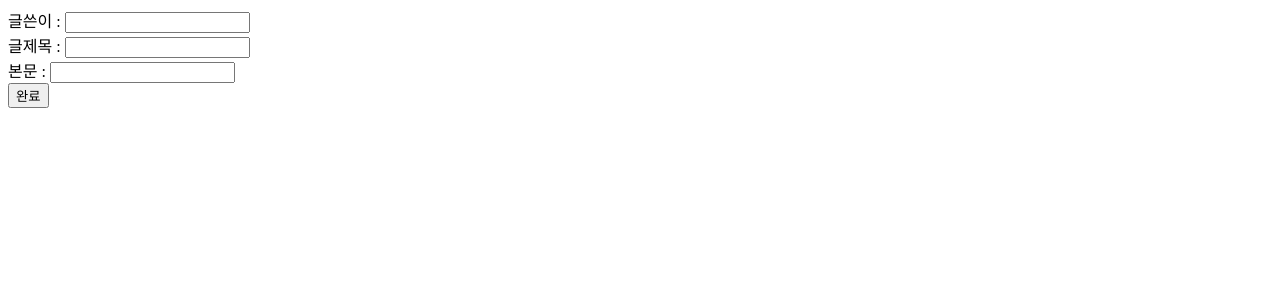
Repository: HeeMang28/jsp2
Page: http://localhost/MyFirstWeb/board/boardInsertForm.jsp
The author's editor kept a copy of each file at every save. The page is drawn from the files as they stood at one save, then again after the next save.
The browser window is 1280 px wide. The pictures show the whole page.
The page is served by Tomcat 9. Other server files are loaded and not shown.

Above is the page before, as saved 2022-04-19 10:20:58.

### MyFirstWeb/src/main/webapp/board/boardInsertForm.jsp
<%@ page language="java" contentType="text/html; charset=UTF-8"
    pageEncoding="UTF-8"%>
<!DOCTYPE html>
<html>
<head>
<meta charset="UTF-8">
<title>Insert title here</title>
</head>
<body>
	<form action="http://localhost:8080/MyFirstWeb/boardInsert" method="post">
	글쓴이 : <input type="text" name="writer"/> <br/>
	글제목 : <input type="text" name="title"/> <br/>
	본문 : <input type="text" name="content"/> <br/>
	<input type="submit" value="완료"/> <br/>
	</form>
</body>
</html>

After the next save:
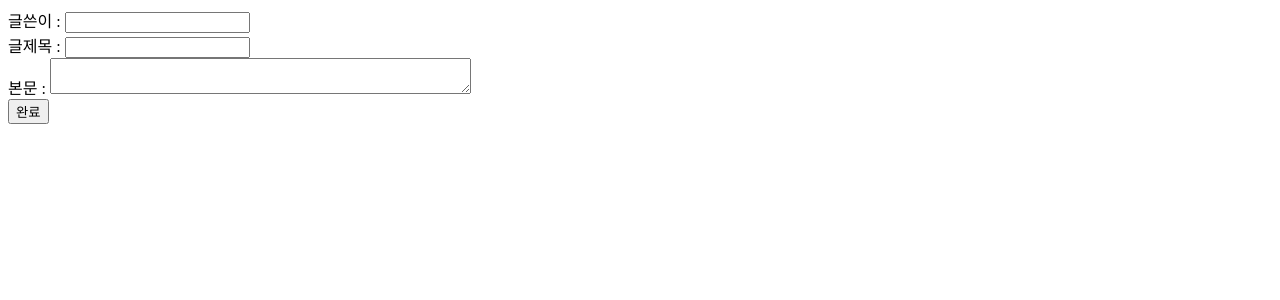
Saved 86 s later.
--- a/MyFirstWeb/src/main/webapp/board/boardInsertForm.jsp
+++ b/MyFirstWeb/src/main/webapp/board/boardInsertForm.jsp
@@ -10,7 +10,7 @@
 	<form action="http://localhost:8080/MyFirstWeb/boardInsert" method="post">
 	글쓴이 : <input type="text" name="writer"/> <br/>
 	글제목 : <input type="text" name="title"/> <br/>
-	본문 : <input type="text" name="content"/> <br/>
+	본문 : <textarea cols="50" row="10"name="content"/></textarea> <br/>
 	<input type="submit" value="완료"/> <br/>
 	</form>
 </body>
